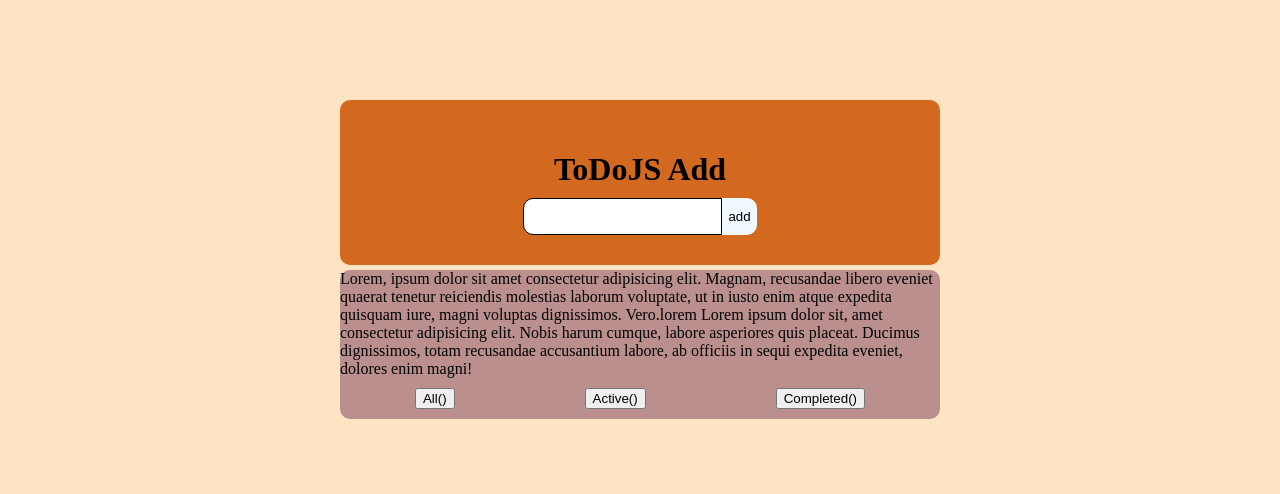
Repository: Savich01/todoTest
Page: index.html
An editor plug-in stored every save of this project. The page is shown before and after the next save, followed by the edit.
The browser window is 1280 px wide. The pictures show the whole page.

Above is the page before, as saved 2024-05-03 15:25:23.

After the next save:
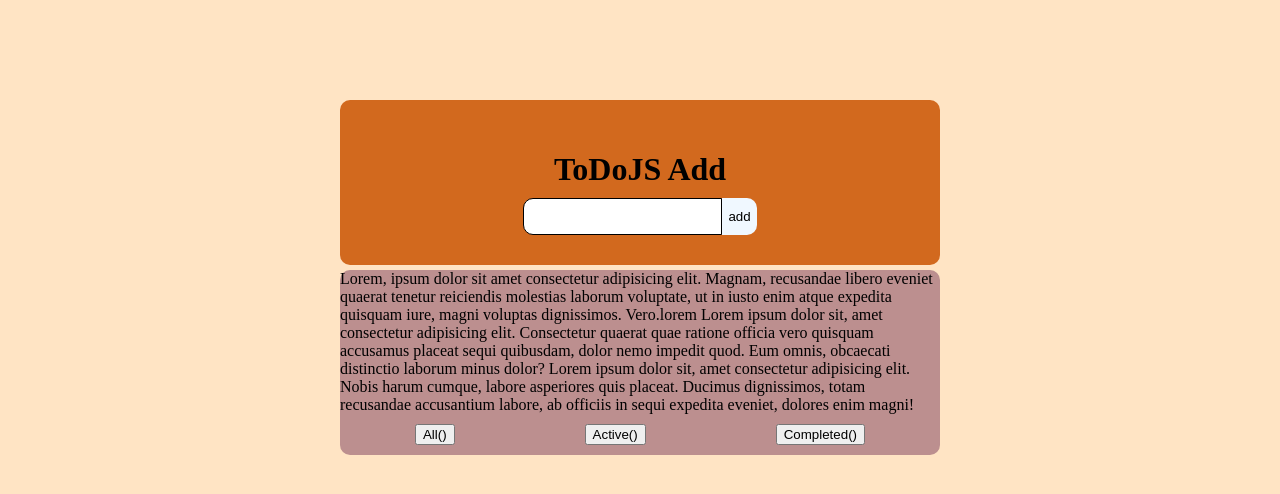
Saved 8 s later.
--- a/index.html
+++ b/index.html
@@ -22,6 +22,7 @@
         <div class="main-block">
             <div class="main-container">
                 Lorem, ipsum dolor sit amet consectetur adipisicing elit. Magnam, recusandae libero eveniet quaerat tenetur reiciendis molestias laborum voluptate, ut in iusto enim atque expedita quisquam iure, magni voluptas dignissimos. Vero.lorem
+                Lorem ipsum dolor sit, amet consectetur adipisicing elit. Consectetur quaerat quae ratione officia vero quisquam accusamus placeat sequi quibusdam, dolor nemo impedit quod. Eum omnis, obcaecati distinctio laborum minus dolor?
               Lorem ipsum dolor sit, amet consectetur adipisicing elit. Nobis harum cumque, labore asperiores quis placeat. Ducimus dignissimos, totam recusandae accusantium labore, ab officiis in sequi expedita eveniet, dolores enim magni!
             </div>
             <div class="main-button">
